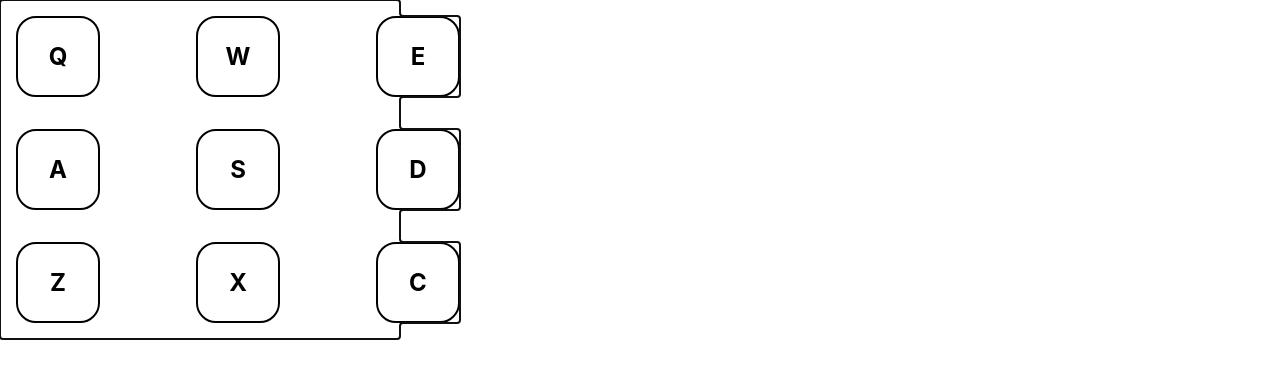
Repository: milac0/drum-machine
Page: /
These files come from the project's save history. The page is drawn as it stood at one moment and after the next save; the edit follows.
The browser window is 1280 px wide. The pictures show the whole page.
The project was rebuilt for these pictures with package versions that can differ from the ones it lists, and the page was loaded fresh each time.

Above is the page before, as saved 2019-10-25 17:35:23.

After the next save:
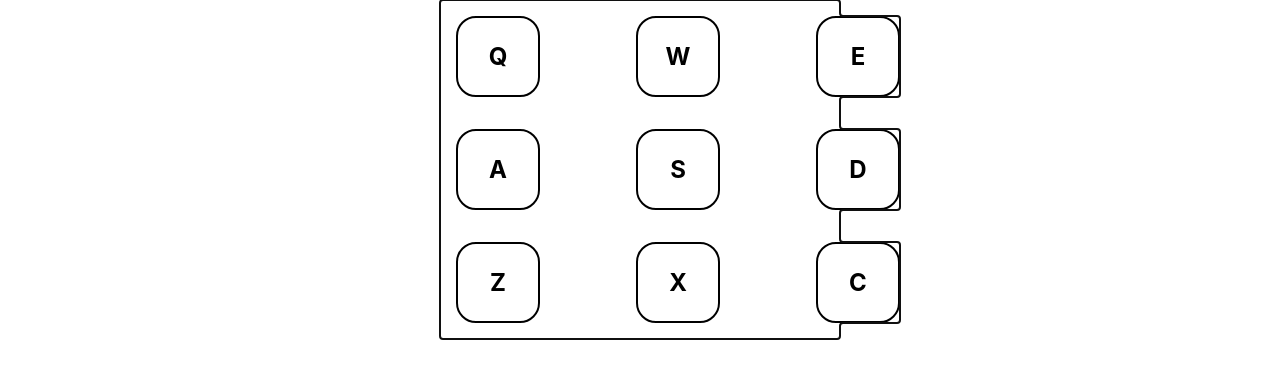
Saved 47 s later.
--- a/src/App.css
+++ b/src/App.css
@@ -1,7 +1,7 @@
 #drum-machine {
   max-width: 400px;
   margin: 0 auto;
-  display: inline-grid;
+  display: grid;
   grid-template-columns: 180px 180px 180px;
 }
 
